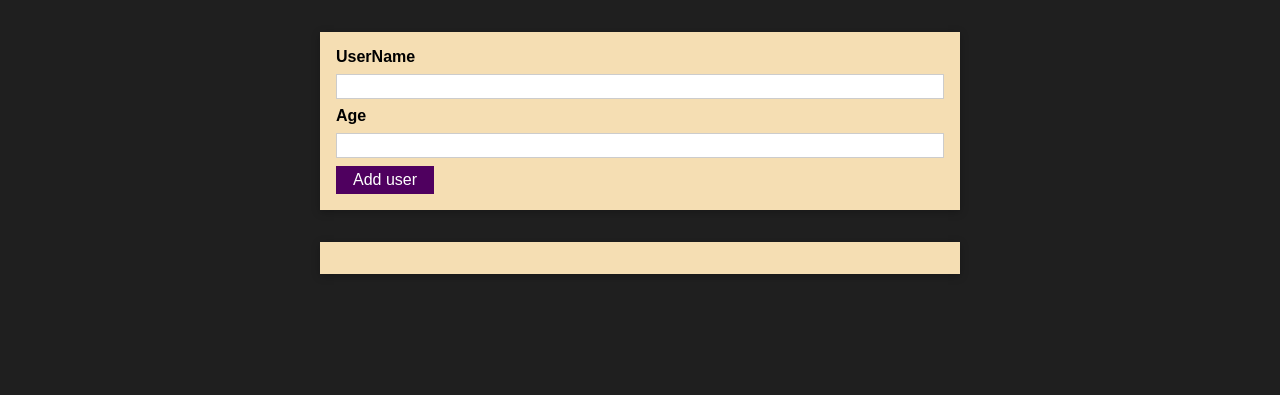
Repository: Wakkaba/08-Demo-proj
Page: /
These files come from the project's save history. The page is drawn as it stood at one moment and after the next save; the edit follows.
The browser window is 1280 px wide. The pictures show the whole page.
The project was rebuilt for these pictures with package versions that can differ from the ones it lists, and the page was loaded fresh each time.

Above is the page before, as saved 2021-10-25 17:29:27.

After the next save:
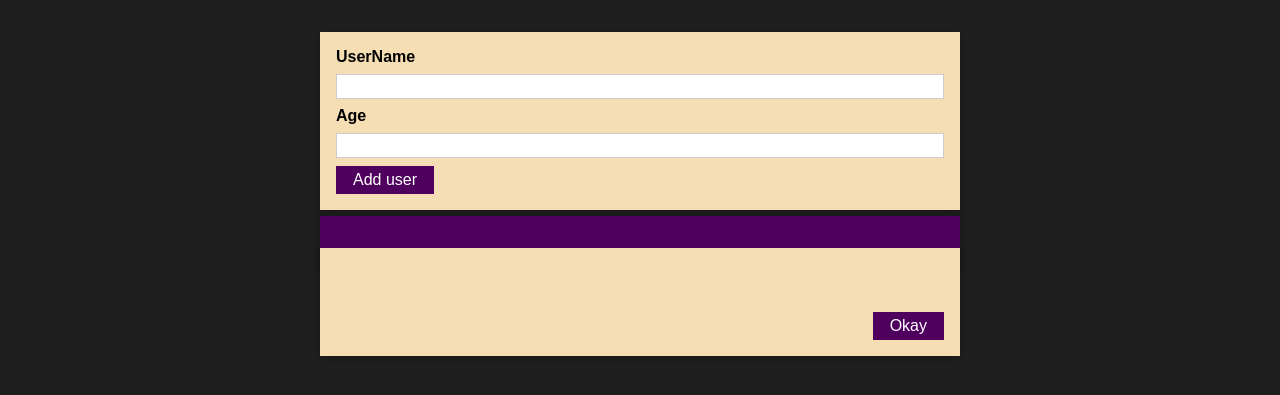
Saved 2 min 29 s later.
--- a/src/components/Users/AddUser.js
+++ b/src/components/Users/AddUser.js
@@ -2,38 +2,37 @@ import React, { useState } from "react";
 import "./AddUser.css";
 import { Card } from "../UI/Card";
 import { Button } from "../UI/Button";
-
+import { ErrorModal } from "../UI/ErrorModal";
 export const AddUser = (props) => {
   const [enteredUsername, setEnteredUsername] = useState("");
   const [enteredAge, setEnteredAge] = useState("");
 
   const userNameChangeHandler = (e) => {
-
     setEnteredUsername(e.target.value);
   };
 
   const userAgeChangeHandler = (e) => {
-
     setEnteredAge(e.target.value);
   };
 
   const addUserHandler = (e) => {
     e.preventDefault();
-    if (enteredUsername.trim().length === 0 || enteredAge.trim().length === 0 ) {
+    if (enteredUsername.trim().length === 0 || enteredAge.trim().length === 0) {
       return;
     }
     if (+enteredAge < 1) {
-        return;
+      return;
     }
 
     setEnteredUsername("");
     setEnteredAge("");
     props.onAddUser(enteredUsername, enteredAge);
-
   };
 
   return (
-    <Card className="input">
+      <div>
+           <ErrorModal/>
+           <Card className="input">
       <form onSubmit={addUserHandler}>
         <label htmlFor="username">UserName</label>
         <input
@@ -52,5 +51,7 @@ export const AddUser = (props) => {
         <Button type="submit">Add user</Button>
       </form>
     </Card>
+      </div>
+
   );
 };
